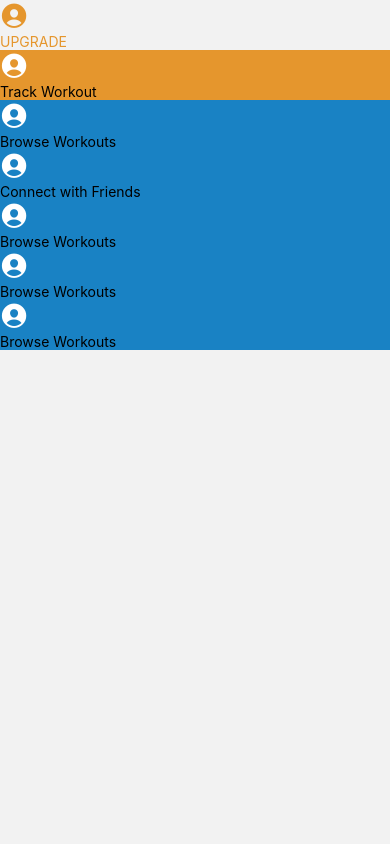
Repository: katjalmarko/React-Native-Fitness-App-with-Subscription
Screen: /
The author's editor kept a copy of each file at every save. The screen is drawn from the files as they stood at one save, then again after the next save.
Pictures or frames that could not be fetched are drawn as grey boxes. The app was drawn by React Native's web renderer in a window 390 px wide. The project was rebuilt for these pictures with package versions that can differ from the ones it lists, and the page was loaded fresh each time.

Above is the screen before, as saved 2023-05-08 18:00:14.

After the next save:
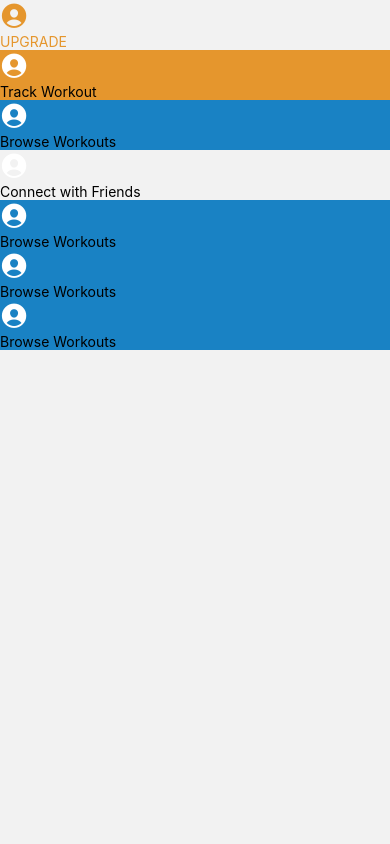
Saved 6 s later.
--- a/screens/HomeScreen.tsx
+++ b/screens/HomeScreen.tsx
@@ -36,7 +36,7 @@ const HomeScreen = () => {
         <ActionRow
           title="Connect with Friends"
           screen="Demo"
-          color="#1982C4"
+          color="#"
           icon="library"
           vertical
         />
